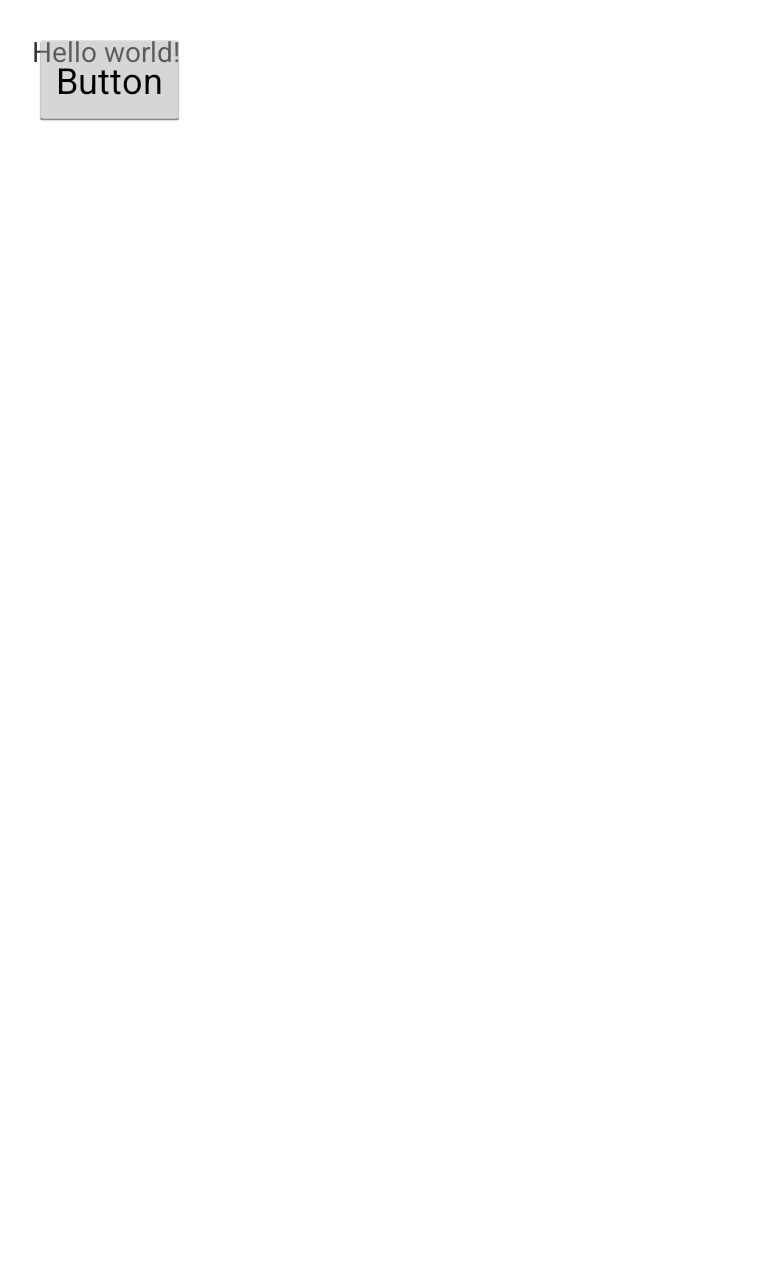
Repository: 729517723/AndroidProject
Layout: Activity_02_Intents/res/layout/activity_main.xml
The author's editor kept a copy of each file at every save. The layout is drawn from the files as they stood at one save, then again after the next save.
It is drawn on a 768 x 1280 px phone screen (xhdpi) without system bars, with theme AppTheme; the app's code is not run.

Above is the layout before, as saved 2016-08-14 16:30:50.

After the next save:
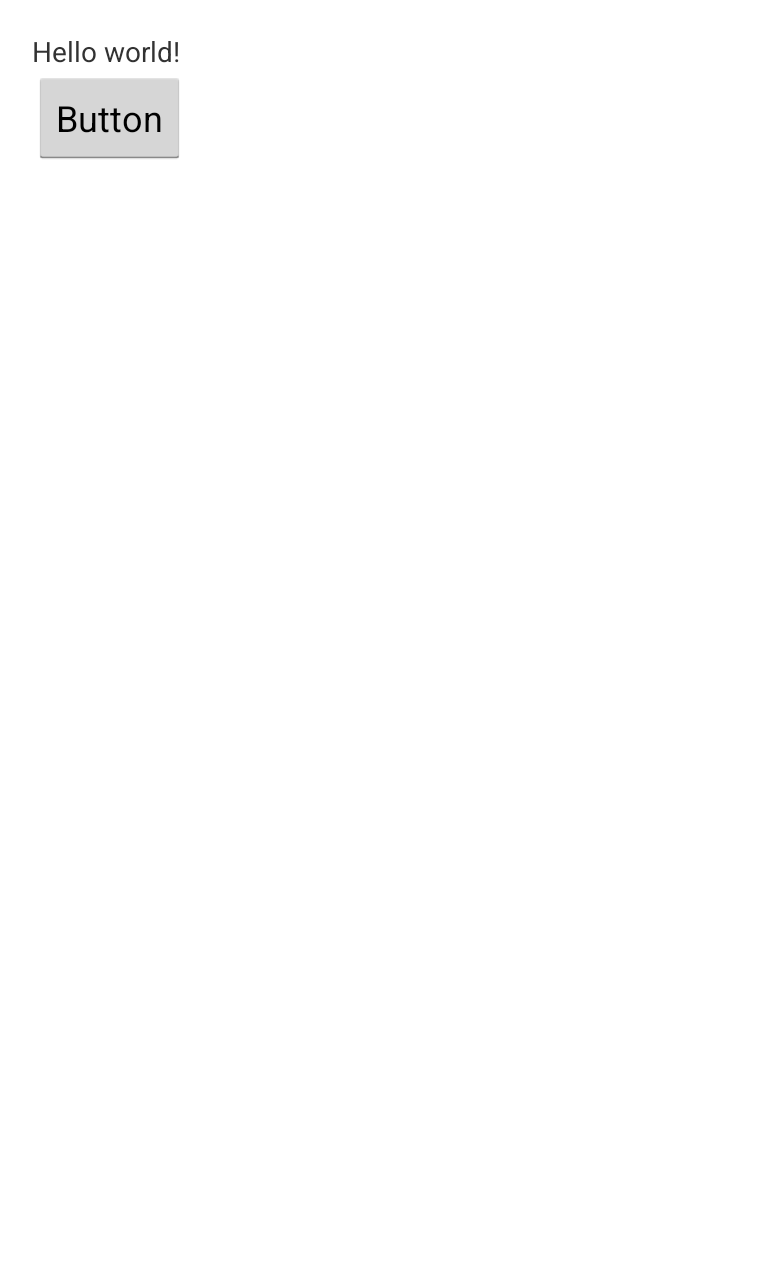
Saved 2 min 38 s later.
--- a/Activity_02_Intents/res/layout/activity_main.xml
+++ b/Activity_02_Intents/res/layout/activity_main.xml
@@ -9,12 +9,15 @@
     tools:context="com.example.activity_02_intents.MainActivity" >
 
     <TextView
+        android:id="@+id/textView1"
         android:layout_width="wrap_content"
         android:layout_height="wrap_content"
         android:text="@string/hello_world" />
-	<Button
-	    android:layout_width="wrap_content"
-	    android:layout_height="wrap_content"
-	    android:text="@string/myButton" />
-	    />
+
+    <Button
+        android:layout_width="wrap_content"
+        android:layout_height="wrap_content"
+        android:layout_below="@+id/textView1"
+        android:text="@string/myButton" />
+
 </RelativeLayout>
